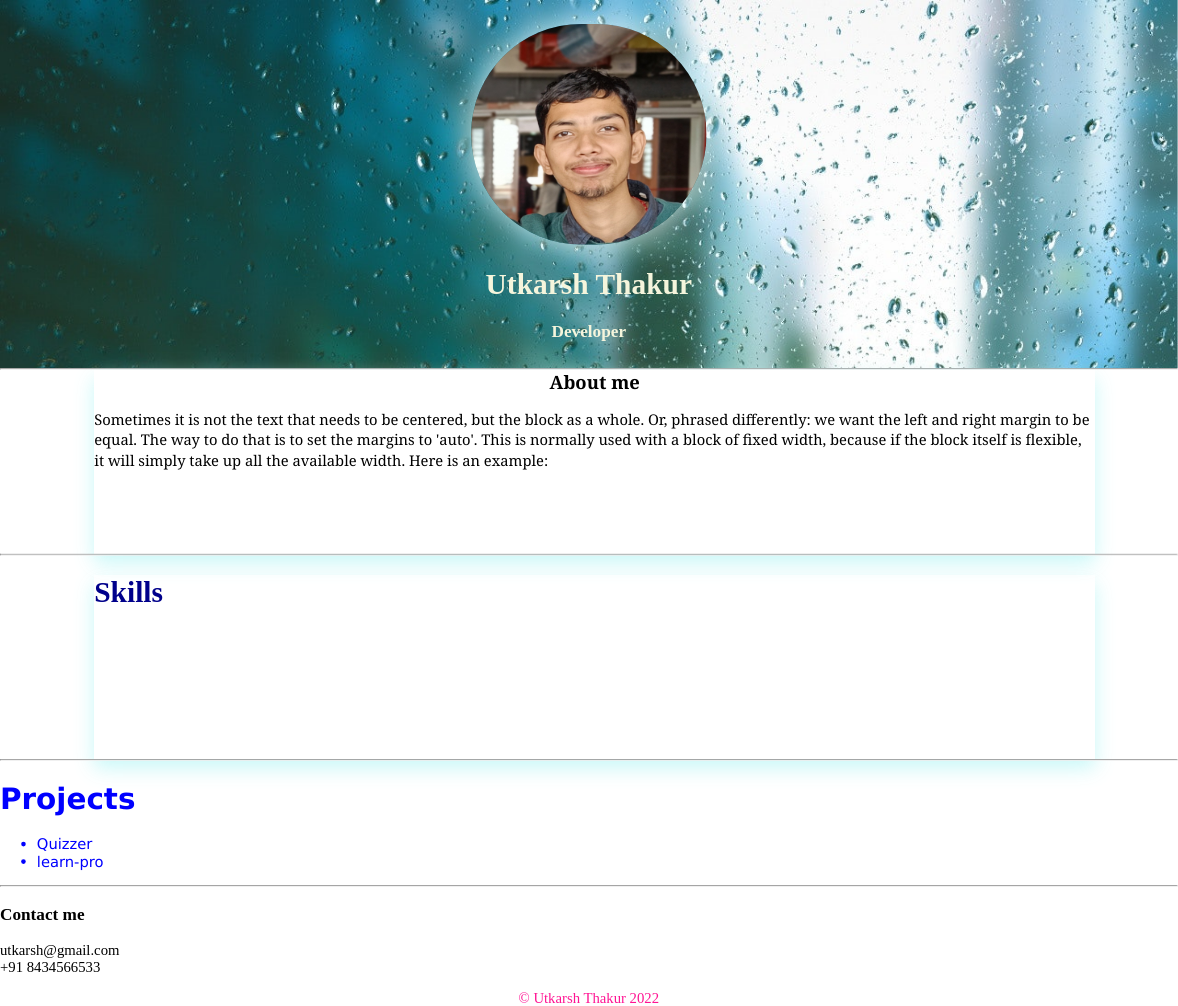
Repository: UtkarshThakur321/Utkarsh-Thakur-Profile
Page: index.html
An editor plug-in stored every save of this project. The page is shown before and after the next save, followed by the edit.
The browser window is 1280 px wide. The pictures show the whole page, at 92% of full size.

Above is the page before, as saved 2022-01-22 23:42:12.
Not found: main.js

### index.html
<!DOCTYPE html>
<html>
<head>
    <meta charset='utf-8'>
    <meta http-equiv='X-UA-Compatible' content='IE=edge'>
    <title>Page Title</title>
    <meta name='viewport' content='width=device-width, initial-scale=1'>
    <link rel='stylesheet' type='text/css' media='screen' href="index.css">
    <script src='main.js'></script>
</head>
<body>
    <div id="main">
    <!-- <div id="nav">
        <h1>My Resume</h1>
    </div> -->
    <center>
        <div id="intro">
            <div id="profileImage">
                 <img src="./Utkarsh_dp.jpg" alt="DP_Utkarsh__Thakur"
                 width="180" height="170">
            </div>
            <div id="profileName">
                <h1>Utkarsh Thakur</h1>
                <h3>Developer</h3>
            </div>

            <div>


             </div>
        </div>
    </center>

    <hr>

  <div id="aboutMe">
    <div id="aboutMeHeading">
        About me
    </div>
    <div id="aboutMeContent">
        <p>
            Sometimes it is not the text that needs to be centered, but the block as a whole. Or, phrased differently: we want the left and right margin to be equal. The way to do that is to set the margins to 'auto'. This is normally used with a block of fixed width, because if the block itself is flexible, it will simply take up all the available width. Here is an example:
        </p>
    </div>
  </div>


<hr>

    <div id="skills">
        <h1>Skills</h1>

    </div>

    <hr>
    <div id="projects">
        <h1>Projects</h1>
        <ul>
            <li>Quizzer</li>
            <li>learn-pro</li>
        </ul>
    </div>
    <hr>

    <div id="footer">
        <h3>Contact me</h3>
        <p>
            utkarsh@gmail.com<br>
            +91 8434566533

        </p>
            <div id="copyright">
         &copy; Utkarsh Thakur 2022
            </div>
        </div>
    </div>



</body>
</html>

### index.css
body{
    width:100%;
    margin:0px;


}


#intro{
    background-image:url("./bg.jpg");
    height: 400px;
}


#profileImage>img{
    margin-top: 2%;
    height:240px;
    width:20%;
    border-radius: 130px;
    box-shadow: 0px 0px 40px rgb(235, 253, 253);
}
#profileName{
    color:beige;
    font-family: cursive;
}

#aboutMe{
    width:85%;
    height:200px;
    /* border:2px solid green; */
    margin-left:8%;
    box-shadow: 0px 10px 20px rgba(195, 247, 247, 0.911);
}


#aboutMeHeading{
    text-align:center;
    font-family: Georgia, 'Times New Roman', Times, serif;
    font-size:20px;
    font-weight: bold;
}
#aboutMeContent{

    font-family: Georgia, 'Times New Roman', Times, serif;
    font-size:16px;

}


#skills{
        width:85%;
        height:200px;
        /* border:2px solid green; */
        margin-left:8%;
        box-shadow: 0px 10px 20px rgba(195, 247, 247, 0.911);
}


hr{
    margin:0px;
}

#nav{
    height:50px;
    display:content;
    text-align: center;
    font-weight: 900;
    color:black;}
    /* text-align: center;
    font-family: Verdana, Geneva, Tahoma, sans-serif;
} */

#skills{
    color:darkblue;
    font-weight: 400;

}

.img{
    height:10px;
    width:10%;
}
#projects{
    font-family: Verdana, Geneva, Tahoma, sans-serif;
    color:blue;
}


/* #footer{
    text-align: center;
} */
#copyright{
    text-align: center;
    color:deeppink
}

After the next save:
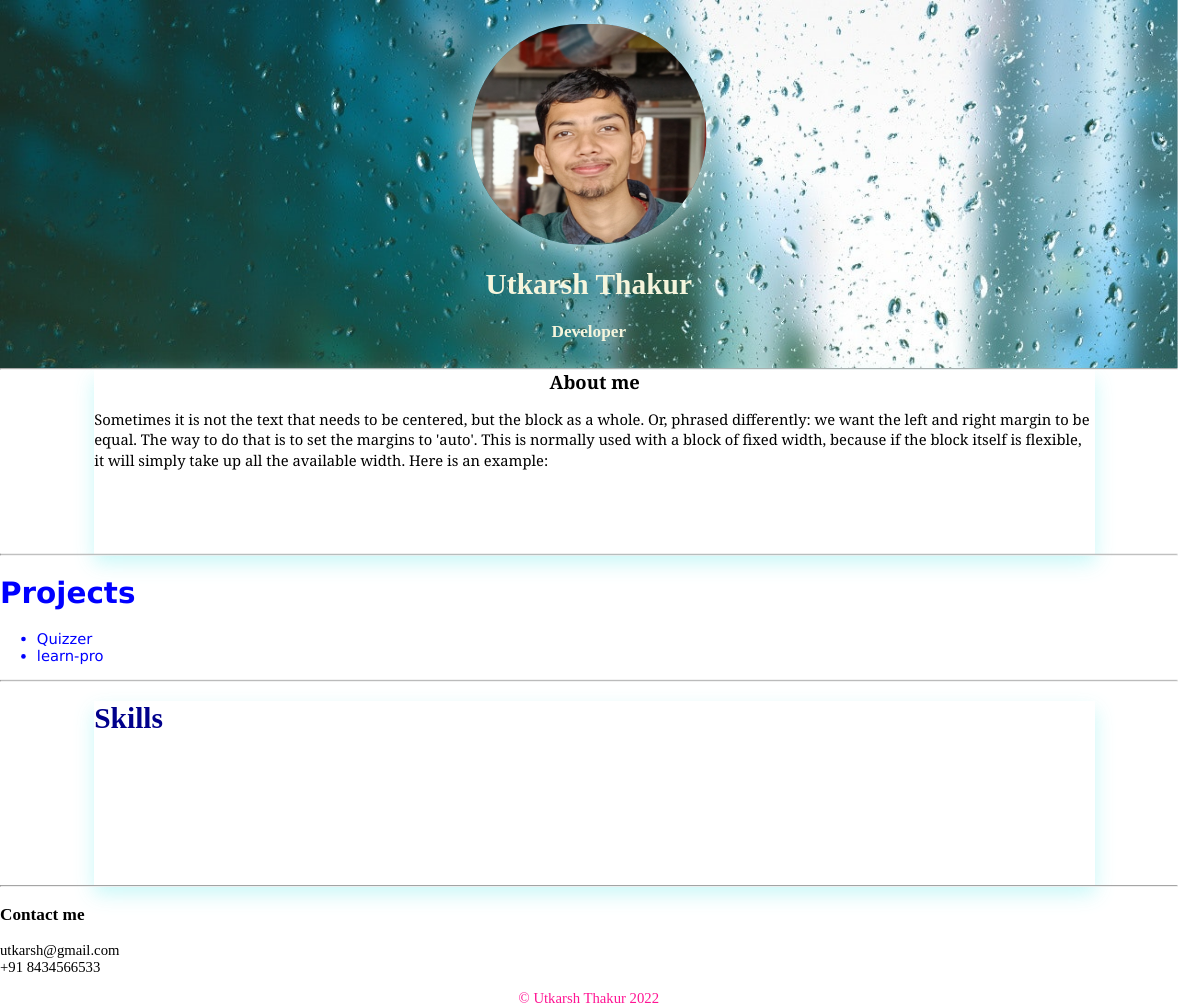
Saved 21 s later.
--- a/index.html
+++ b/index.html
@@ -46,6 +46,15 @@
 
 
 <hr>
+<div id="projects">
+    <h1>Projects</h1>
+    <ul>
+        <li>Quizzer</li>
+        <li>learn-pro</li>
+    </ul>
+</div>
+<hr>
+
 
     <div id="skills">
         <h1>Skills</h1>
@@ -53,14 +62,8 @@
     </div>
 
     <hr>
-    <div id="projects">
-        <h1>Projects</h1>
-        <ul>
-            <li>Quizzer</li>
-            <li>learn-pro</li>
-        </ul>
-    </div>
-    <hr>
+
+
 
     <div id="footer">
         <h3>Contact me</h3>
